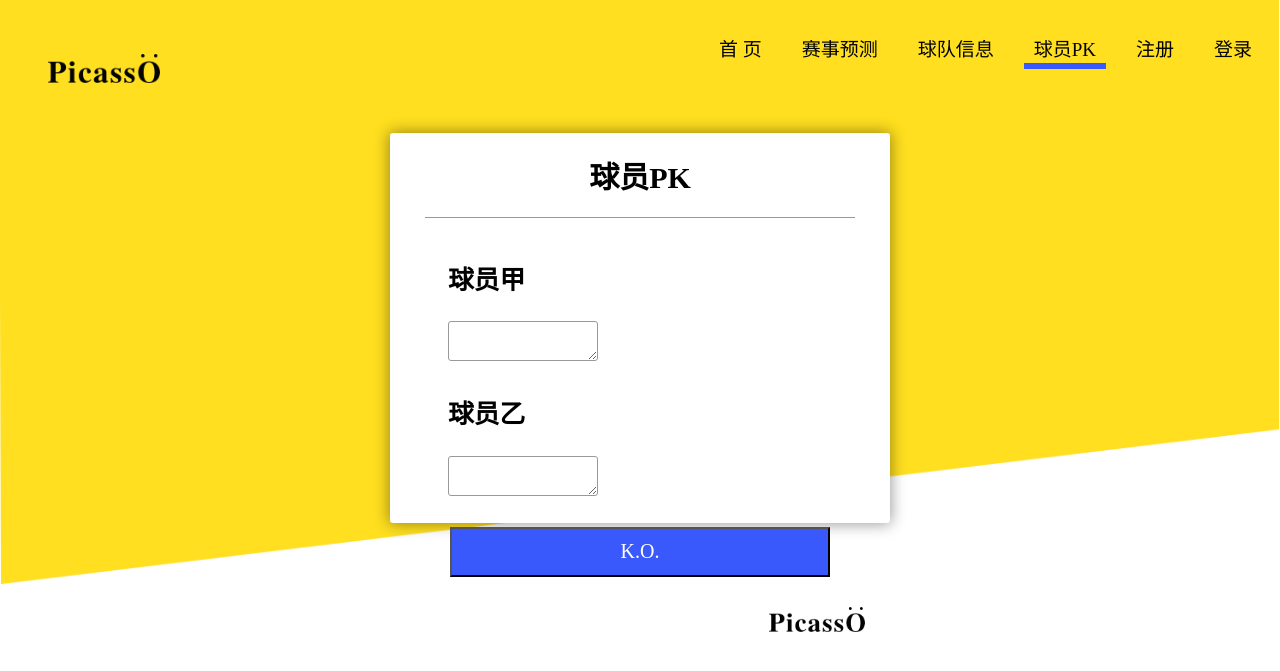
Repository: cciixx/nba-prediction-sys
Page: public/PK_index.html
An editor plug-in stored every save of this project. The page is shown before and after the next save, followed by the edit.
The browser window is 1280 px wide. The pictures show the whole page.

Above is the page before, as saved 2020-04-03 14:34:38.

### public/PK_index.html
<!doctype html>
<html>
<head>
<meta charset="utf-8">
<title>NBA预测系统-球员PK</title>
    <link  href="css/navl.css" rel="stylesheet" type="text/css">
    <link  href="css/predict.css" rel="stylesheet" type="text/css">
	<style>
		body{background-image: url(images/half_yellow.png);}
	</style>
</head>

<body>
    <div class="header">
        <ul class='navl'style="background-color: blueviolet;">
            <li><a href="login.html">登录</a></li>
            <li><a href="register.html">注册</a></li>
            <li style="border-bottom: 6px solid #3a59fd;"><a href="PK_index.html">球员PK</a></li>
            <li><a href="team.html">球队信息</a></li>
            <li><a href="predict.html">赛事预测</a></li>
            <li><a href="first.html">首 页</a></li>
            <img src="images/logo.png">
        </ul>
    </div>

    <div class="wrapper">
        <div class="bg">
            <h2 style="font-size: 30px;">球员PK</h2>
            <div class='box' style="overflow: hidden;">
                <div class='left-box'><h3 style="margin-left: 20px;">球员甲</h3><textarea name="home_team"></textarea></div>
                <div class='right-box'><h3 style="margin-left: 20px;">球员乙</h3><textarea name="away_team"></textarea></div>
            </div>
            <div style="text-align: center;margin-top: 25px;"><a href="player_PK.html"><input class="btn" type="submit" name="submit" value="K.O."></a></div>
            <img src="images/logo.png">
        </div>
    </div>

</body>
</html>

### public/css/navl.css
/* CSS Document */
body{
	background-repeat: no-repeat;
	background-position: top;
	background-size: 100%, 100%;
	background-attachment: fixed;
}
.header{
    overflow: hidden;
}
.btn{
	background: #3a59fd;
	font-family: '方正小标宋简体';
	color: white;
}
.navl ul{
	margin: 30px;
	width: 600px;
	height: 300px;
	color: #030303;
	position: absolute;
	top: 10px;
}
.navl li{
		height: 29px;
		width: fit-content;
		margin: 10px;
		list-style: none;
		float: right;
}
.navl img{
	float: left;
	height: 29px;
}
.navl a{
	margin: 0px 10px;
	color:#030303;
	text-align: left;
	text-decoration: none;
	font-size: 19px;
}
.wrapper{
    width: 100%;
}

### public/css/predict.css
/* CSS Document */
.bg{
	width: 500px;
	height: 390px;
	margin: 50px auto;
	font-size: 26px;
	background: white;
	border: 0 none;
    border-radius: 3px;
    box-shadow: 0 0 15px 1px rgba(0, 0, 0, 0.4);
    box-sizing: border-box;
}
.box{
    font-size: 22px;
    width: 40%;
    float: left;
    margin-left: 38px;
}
h2{
    text-align: center;
    border-bottom: 1px solid #999999;
    padding: 20px;
    margin: 35px;
    margin-bottom: 15px;
}
h3{
    margin-left: 20px;
}
textarea {
    font-size: 20px;
	height:40px;
	width:150px;
	margin-left:20px;
    border: 1px solid #999999;
    border-radius: 3px;
    box-sizing: border-box;
    color: #2C3E50;
}
input{
    font-size: 20px;
    width: 380px;
    height: 50px;
    text-align: center;
    margin-top: 25px;
}

img{
    height: 25px;
    float: right;
    margin-top: 30px;
    margin-right: 25px;
}

After the next save:
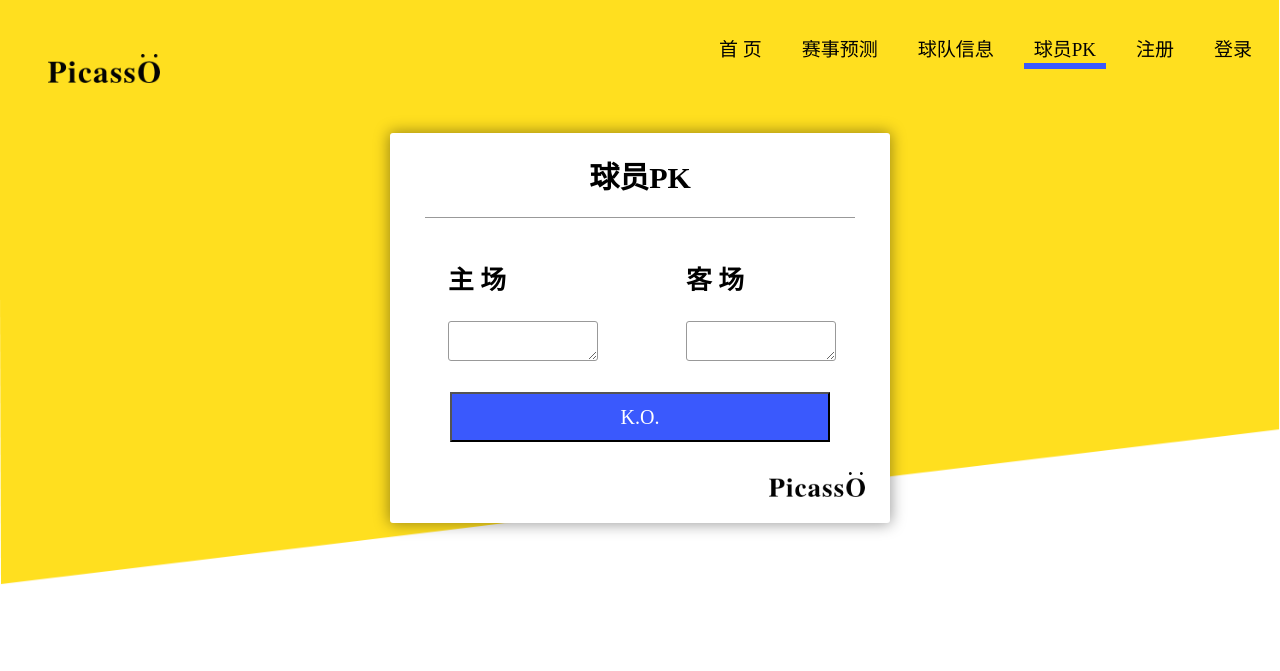
Saved 6 min 35 s later.
--- a/public/PK_index.html
+++ b/public/PK_index.html
@@ -26,10 +26,9 @@
     <div class="wrapper">
         <div class="bg">
             <h2 style="font-size: 30px;">球员PK</h2>
-            <div class='box' style="overflow: hidden;">
-                <div class='left-box'><h3 style="margin-left: 20px;">球员甲</h3><textarea name="home_team"></textarea></div>
-                <div class='right-box'><h3 style="margin-left: 20px;">球员乙</h3><textarea name="away_team"></textarea></div>
-            </div>
+            <div style="overflow: hidden;">
+                <div class='box'><h3>主 场</h3><textarea></textarea></div>
+                <div class='box'><h3>客 场</h3><textarea></textarea></div>
             <div style="text-align: center;margin-top: 25px;"><a href="player_PK.html"><input class="btn" type="submit" name="submit" value="K.O."></a></div>
             <img src="images/logo.png">
         </div>
